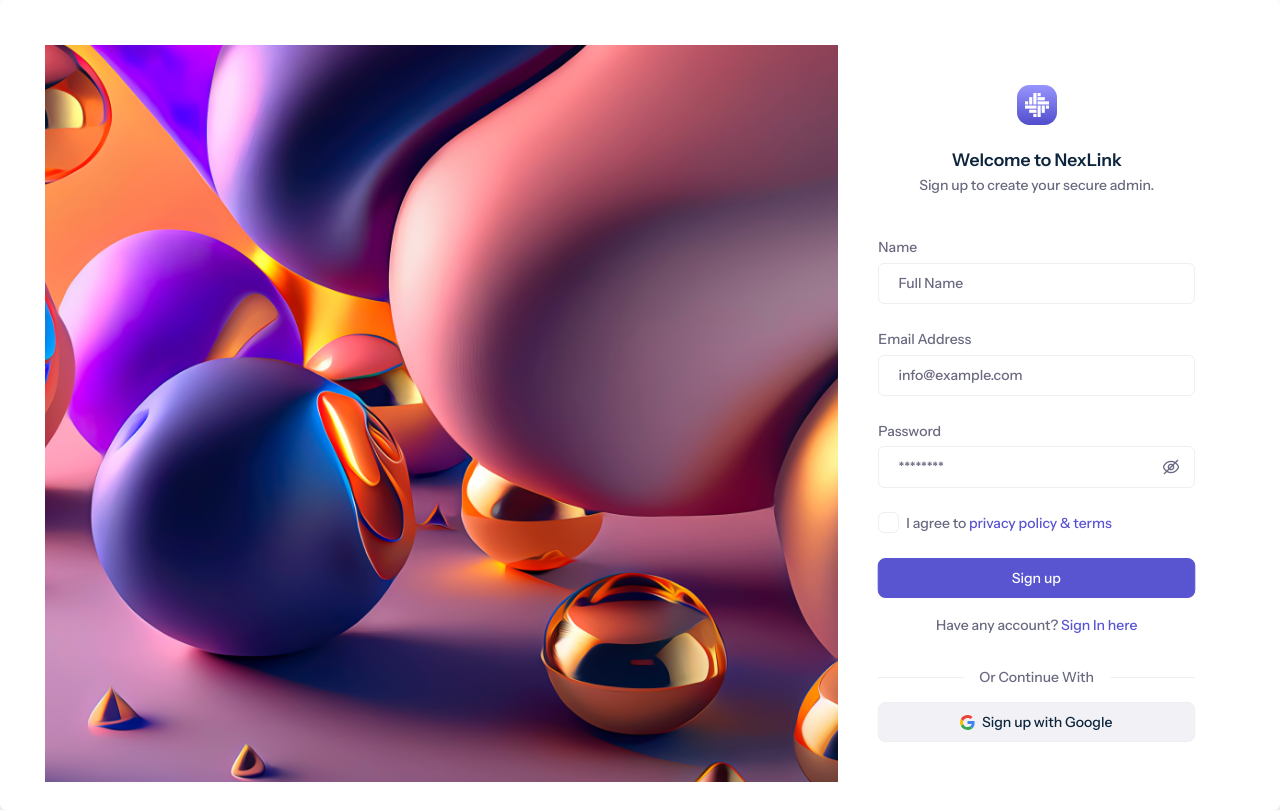
Repository: rudrah-hub/ecommerce-saas
Page: http://localhost/
An editor plug-in stored every save of this project. The page is shown before and after the next save, followed by the edit.
The browser window is 1280 px wide. The pictures show the whole page.
The page is served by the project's Laravel application, run on PHP 8.4 with Laravel 12.

Above is the page before, as saved 2026-01-19 17:27:48.

After the next save:
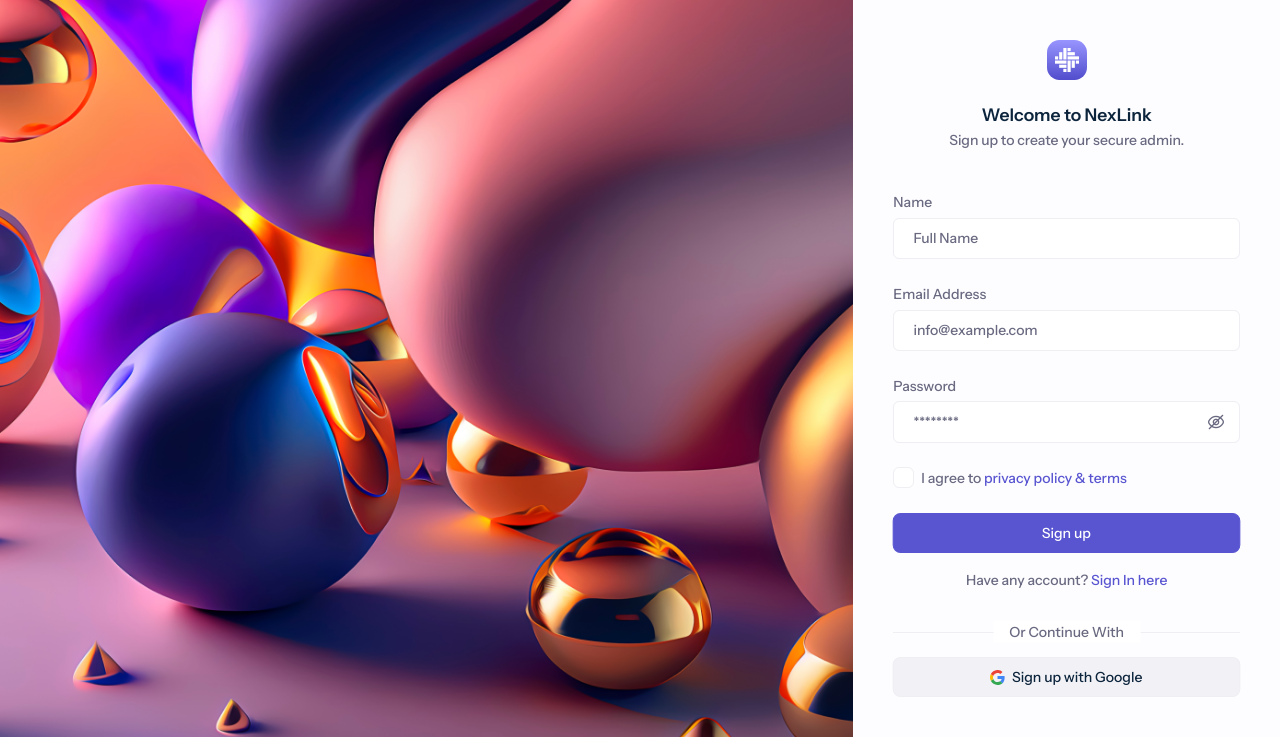
Saved 8 s later.
--- a/resources/views/layouts/auth.blade.php
+++ b/resources/views/layouts/auth.blade.php
@@ -5,7 +5,7 @@
         <div>
             @include('auth.header')
 
-            <div class="bg-white shadow rounded p-6">
+            <div>
                 @yield('page')
             </div>
 
